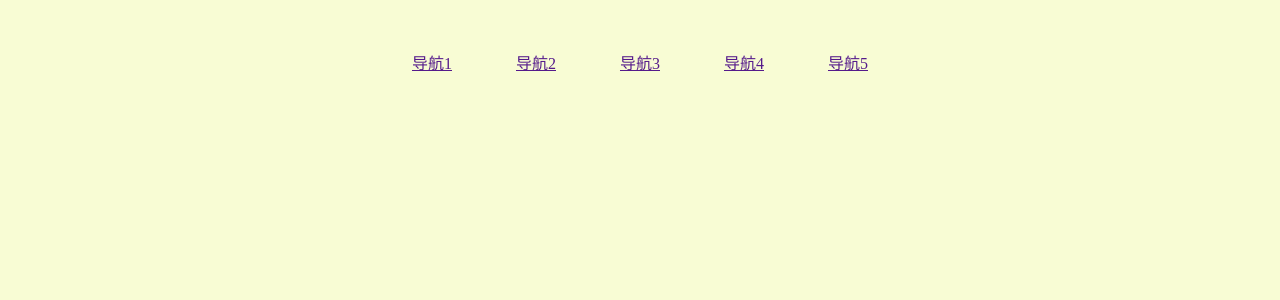
Repository: KaibutsuSama/CodePracticeExample
Page: Html5+Css3/Css3/02.背景属性/06.按钮例子.html
An editor plug-in stored every save of this project. The page is shown before and after a run of saves, followed by the edit.
The browser window is 1280 px wide. The pictures show the whole page.

Above is the page before, as saved 2023-01-29 22:02:59.

After the next 5 saves:
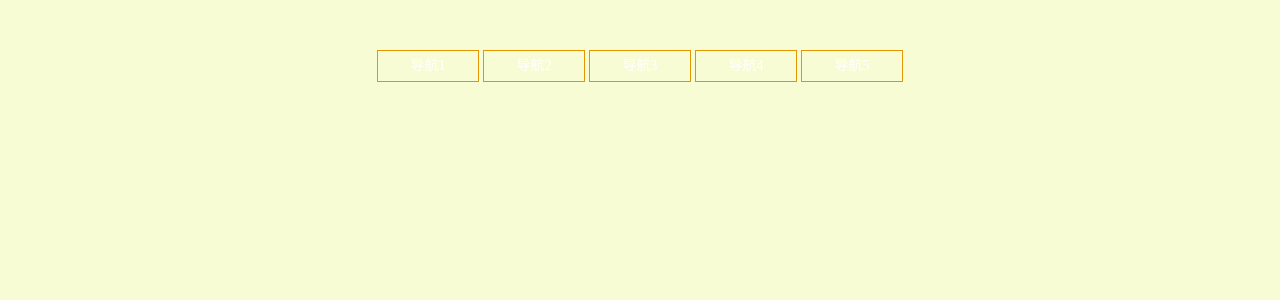
The 5 saves are shown as one change because they came seconds apart.
The last was saved 19 s later.
--- a/Html5+Css3/Css3/02.背景属性/06.按钮例子.html
+++ b/Html5+Css3/Css3/02.背景属性/06.按钮例子.html
@@ -29,6 +29,12 @@
             width: 100px;
             height: 30px;
             text-align: center;
+            line-height: 30px;
+            font-size: 14px;
+            color: #fff;
+            text-decoration: none;
+            border: 1px solid #e59500;
+
         }
 
 
